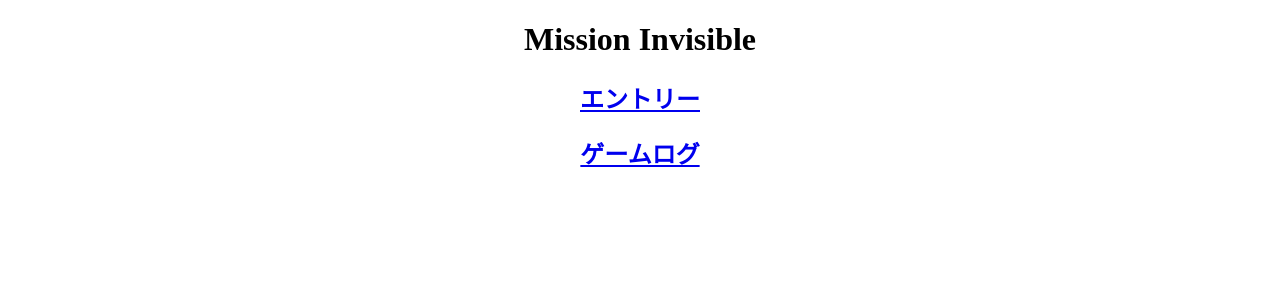
Repository: shoma2491/Mission_Invisible
Page: src/main/resources/static/index.html
An editor plug-in stored every save of this project. The page is shown before and after the next save, followed by the edit.
The browser window is 1280 px wide. The pictures show the whole page.

Above is the page before, as saved 2022-01-18 15:17:48.

After the next save:
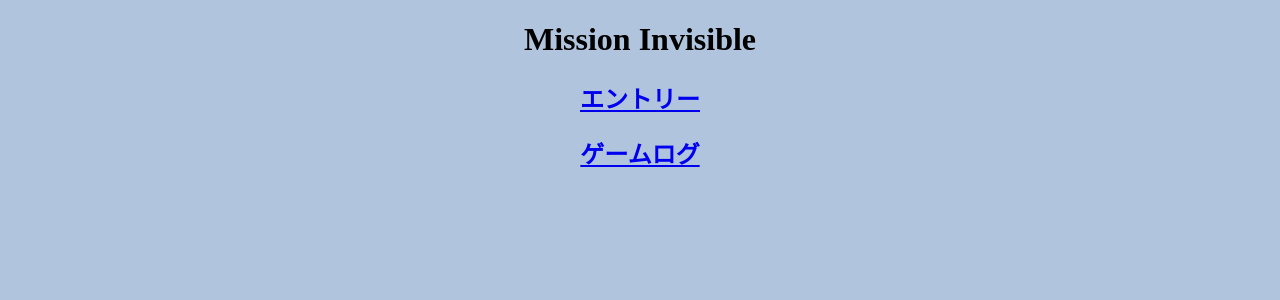
Saved 37 s later.
--- a/src/main/resources/static/index.html
+++ b/src/main/resources/static/index.html
@@ -6,7 +6,7 @@
   <title>Mission Invisible</title>
 </head>
 
-<body bgcolor="">
+<body bgcolor="lightsteelblue">
   <h1 style="text-align:center">Mission Invisible</h1>
   <h2 style="text-align:center"><a href="/entry">エントリー</a></h2>
   <h2 style="text-align:center"><a href="/log">ゲームログ</a></h2>
